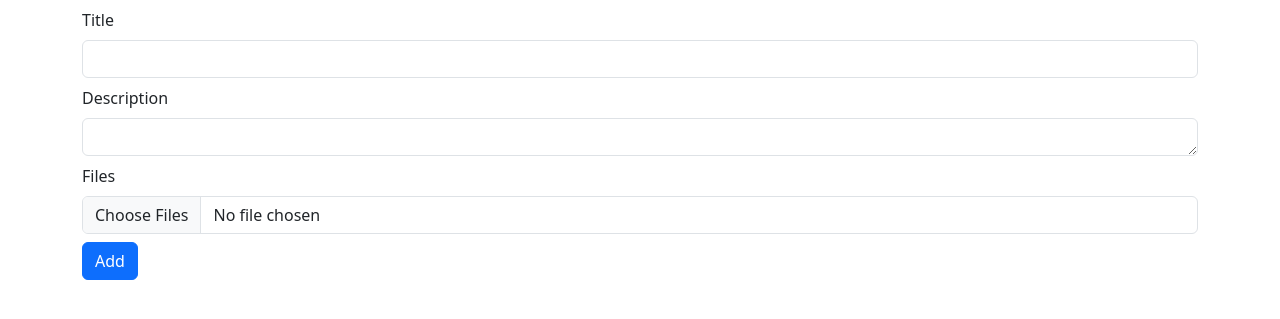
Repository: wasimalbokae2000/blogs
Page: http://localhost/posts/create
These files come from the project's save history. The page is drawn as it stood at one moment and after the next save; the edit follows.
The browser window is 1280 px wide. The pictures show the whole page.
The page is served by the project's Laravel application, run on PHP 8.4 with Laravel 12.

Above is the page before, as saved 2024-11-28 16:00:42.

After the next save:
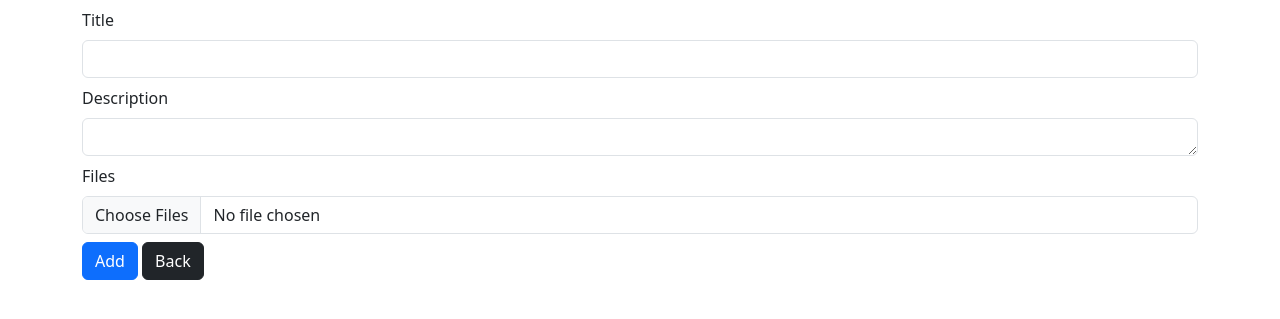
Saved 12 min 37 s later.
--- a/resources/views/posts/create.blade.php
+++ b/resources/views/posts/create.blade.php
@@ -18,6 +18,8 @@
             </div>
             <div class="mt-2 mb-2">
             <button class="btn btn-primary" type="submit">Add</button>
+            <a class="btn btn-dark" href="{{ route("posts.show")}}" type="submit">Back</a>
+
             </div>
         </form>
     </div>
